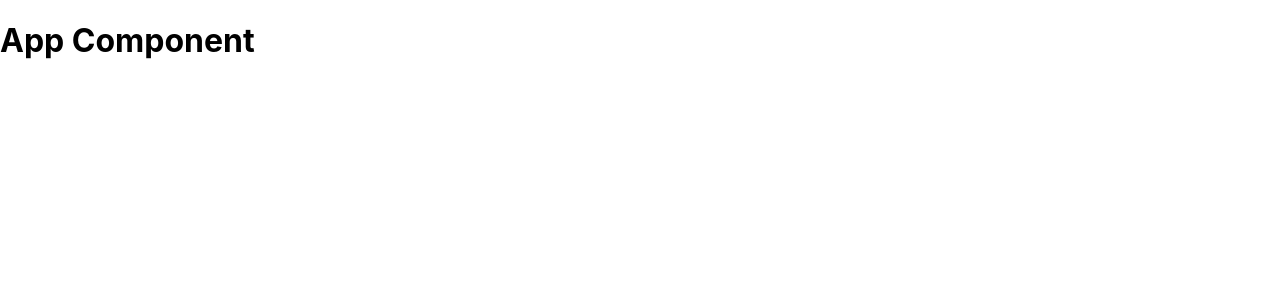
Repository: Akshaykulkarni995/React-Routes
Page: / (app in react-routers/)
These files come from the project's save history. The page is drawn as it stood at one moment and after the next save; the edit follows.
The browser window is 1280 px wide. The pictures show the whole page.
The project was rebuilt for these pictures with package versions that can differ from the ones it lists, and the page was loaded fresh each time.

Above is the page before, as saved 2021-02-28 18:02:01.

### react-routers/src/index.js
import React from 'react';
import ReactDOM from 'react-dom';
import {Route,Link,Switch,BrowserRouter as Router} from 'react-router-dom'
import './index.css';
import App from './App';

const routing = (
//inside of this router we create multiple route
  <Router>
    <Route  path ="/" component = {App} />
  </Router>
)
ReactDOM.render( routing,

  document.getElementById('root')
);

### react-routers/src/App.js
import React from 'react';


export default function App() {

    return (
        <div>
             <h1>App Component</h1>
        </div>

    )

}

Loaded but not shown: react-routers/public/index.html (common file); react-routers/src/index.css (common file)

After the next save:
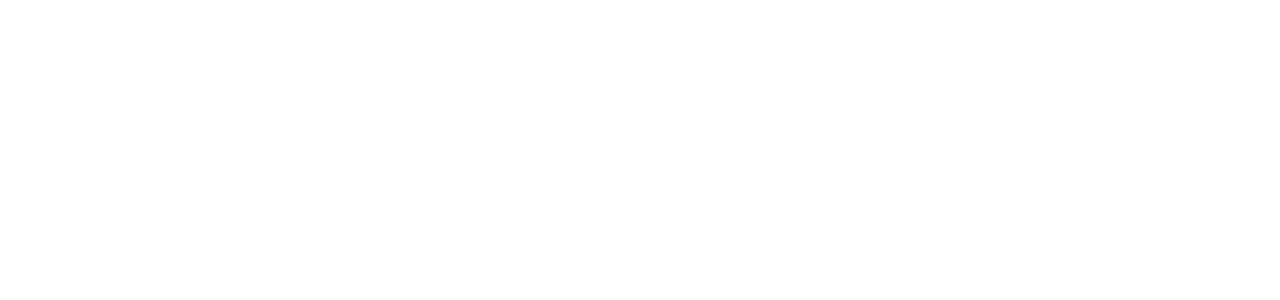
Saved 77 s later.
--- a/react-routers/src/index.js
+++ b/react-routers/src/index.js
@@ -7,7 +7,7 @@
 const routing = (
 //inside of this router we create multiple route
   <Router>
-    <Route  path ="/" component = {App} />
+    <Route  path ="/kulks" component = {App} />
   </Router>
 )
 ReactDOM.render( routing,

After the 3 saves that followed:
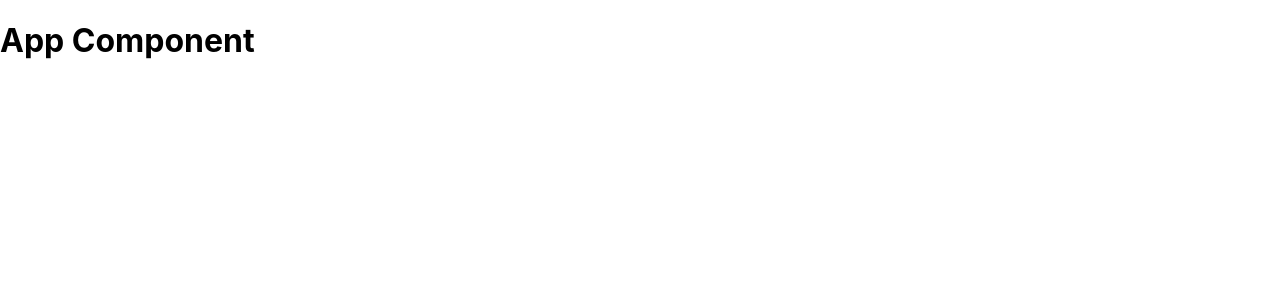
The 3 saves are shown as one change because 1 left the picture as it was and some came seconds apart.
The last was saved 26 s later.
--- a/react-routers/src/index.js
+++ b/react-routers/src/index.js
@@ -7,7 +7,7 @@
 const routing = (
 //inside of this router we create multiple route
   <Router>
-    <Route  path ="/kulks" component = {App} />
+    <Route  path ="/" component = {App} />
   </Router>
 )
 ReactDOM.render( routing,
